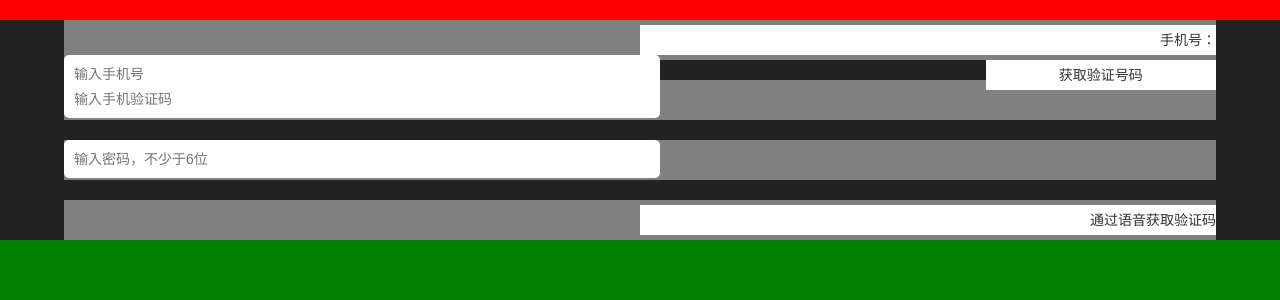
Repository: wangxinjun08231116/Html5Views
Page: WangXinJun/WebContent/htmls/QCF/ZhuCe.html
An editor plug-in stored every save of this project. The page is shown before and after the next save, followed by the edit.
The browser window is 1280 px wide. The pictures show the whole page.

Above is the page before, as saved 2015-01-22 03:34:58.

### WangXinJun/WebContent/htmls/QCF/ZhuCe.html
<!DOCTYPE HTML>
<html>
<head>
<meta http-equiv="Content-Type" content="text/html; charset=utf-8">
<title>test</title>
 <link href="/WangXinJun/css/QCF/ZhuCe.css" rel="stylesheet" type="text/css"/>
 <style type="text/css">
	.topmargin {
		margin-top: 0px;
	}
</style>

</head>


<body>
<!-- div 默认有高度为0 ，body是有最小高度的 ， html 是整个页面的高度 -->
<div class="page" >
	  <div class="phoneNumberDiv" >
	 			    <p class="yuyinYanZhengPan"> 手机号： </p>
	                <input id="verifyCode" class="text-box" type="tel" maxlength="4" placeholder="输入手机号" data-value="输入手机号" onkeyup="checkfade2(this)">
	                <a class="yanZhengBt">获取验证号码</a>
	  </div>

	   <div class="yanZhengNumberDiv" >
              <input id="verifyCode" class="text-box" type="tel" maxlength="4" placeholder="输入手机验证码" data-value="输入手机验证码" onkeyup="checkfade2(this)">
	  </div>

	  <div class="passwordNumberDiv" >
                     <input id="verifyCode" class="text-box" type="tel" maxlength="4" placeholder="输入密码，不少于6位" data-value="输入密码，不少于6位" onkeyup="checkfade2(this)">
	  </div>
	  <div  class="passwordNumberDiv">
	  		<p class="yuyinYanZhengPan"> 通过语音获取验证码 </p>
	  </div>




<!--

      <div class="phoneNumber" >

	  </div>
	  <div class="yanZhengNumber" >

	  </div>

  -->

</div>

</body>
</html>

### WangXinJun/WebContent/css/QCF/ZhuCe.css
* {margin:0;padding:0;}
html{
	background-color:green;
}

body {
    background-color: #f0f0f0;
    font-size: 12px;
   	width:100%;
	background-color:red;
	/*内边距20  */
	padding-top:20px;


}

.page {
	width:100%;
    background-color: #222;
    color: #333;
    font-family: "Microsoft Yahei","Simsun",Helvetica,Arial,sans-serif;
}
.phoneNumberDiv{
	height:40px;
	width:90%;
    background-color:gray;
    /*不可设置，margin:20px auto;不然body会下来。
      第一行设置有问题。
     */
	margin:0px auto;
    /* 上下外边距20px,左右自动适应，居中。 */
}

.yanZhengNumberDiv{
    font-size: 12px;
	height:40px;
	width:90%;
    background-color:gray;
    /* 上下外边距20px,左右自动适应，居中。 */
	margin:20px auto;
}
.yanZhengBt{
	/*不是自动布局了，有尺寸，有位置了  */
	float: right;
	height:30px;
	font-size: 14px;
	line-height:30px;
	width:20%;
    background-color:white;
    /* 上下外边距20px,左右自动适应，居中。 */
	margin-left:10px;
	margin-top:5px;

	vertical-align:middle;
	text-align:center;
}
.yuyinYanZhengPan{
	float: right;
	height:30px;
	font-size: 14px;
	line-height:30px;
	width:50%;
    background-color:white;
    /* 上下外边距20px,左右自动适应，居中。 */
	margin-left:10px;
	margin-top:5px;
	text-align:right;
}


.passwordNumberDiv{
	height:40px;
	width:90%;
    background-color:gray;
    /* 上下外边距20px,左右自动适应，居中。 */
	margin:20px auto;
}

.text-pan {
    color: #999;
    background-color: #fff;
    font-size: 14px;
    width: 20%;
    height: 38px;
}
.text-box {
    border: 1px solid #dedede;
    border-radius: 5px;
    height: 40px;
    border: medium none;
    color: #999;
    background-color: #fff;
    font-size: 14px;
    height: 38px;
    padding: 0 10px;
    width: 50%;
}

After the next save:
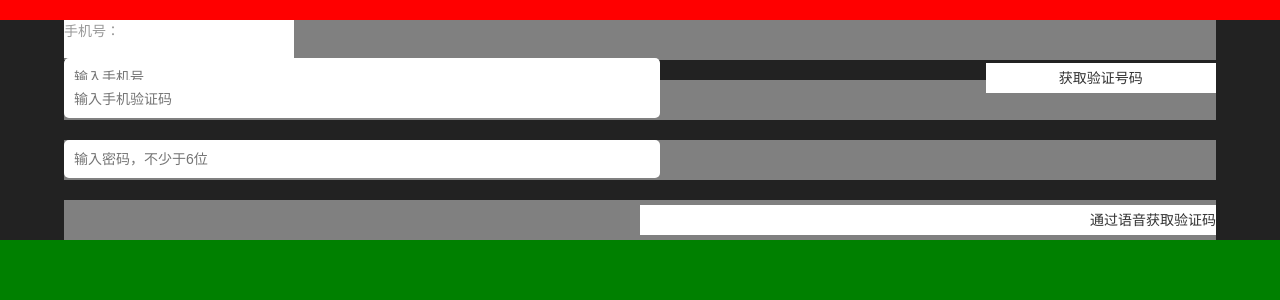
Saved 16 s later.
--- a/WangXinJun/WebContent/htmls/QCF/ZhuCe.html
+++ b/WangXinJun/WebContent/htmls/QCF/ZhuCe.html
@@ -17,7 +17,7 @@
 <!-- div 默认有高度为0 ，body是有最小高度的 ， html 是整个页面的高度 -->
 <div class="page" >
 	  <div class="phoneNumberDiv" >
-	 			    <p class="yuyinYanZhengPan"> 手机号： </p>
+	 			    <p class="text-pan"> 手机号： </p>
 	                <input id="verifyCode" class="text-box" type="tel" maxlength="4" placeholder="输入手机号" data-value="输入手机号" onkeyup="checkfade2(this)">
 	                <a class="yanZhengBt">获取验证号码</a>
 	  </div>
